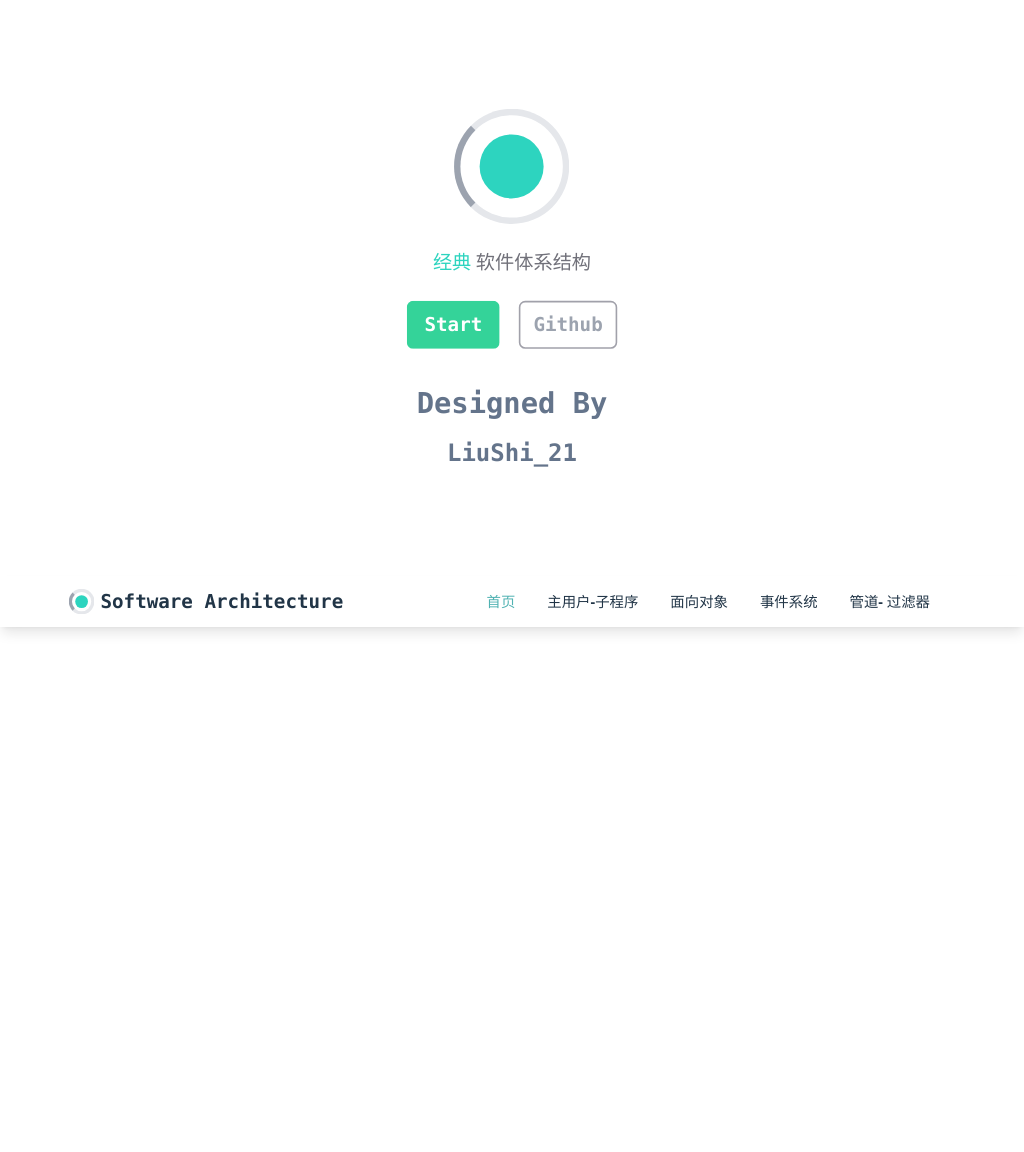
Repository: MarchRory/software_architecture_lab2
Page: / (app in lab2/)
The author's editor kept a copy of each file at every save. The page is drawn from the files as they stood at one save, then again after the next save.
The browser window is 1280 px wide. The pictures show the whole page, at 80% of full size.
The project was rebuilt for these pictures with package versions that can differ from the ones it lists, and the page was loaded fresh each time. Also part of the build but not shown: lab2/vite.config.ts. Imported but missing from the stored project, and not drawn on this page: lab2/src/views/OOP/index.vue, lab2/src/views/PipFilter/index.vue, lab2/src/views/eventsSys/index.vue, lab2/src/views/mainChild/index.vue.

Above is the page before, as saved 2023-11-17 22:15:28.

### lab2/index.html
<!Doctype html>
<html lang="en">
  <head>
    <meta charset="UTF-8" />
    <link rel="icon" type="image/svg+xml" href="/vite.svg" />
    <meta name="viewport" content="width=device-width, initial-scale=1.0" />
    <title>经典软件体系结构</title>
  </head>
  <body>
    <div id="app"></div>
    <script type="module" src="/src/main.ts"></script>
  </body>
</html>

### lab2/src/main.ts
import { createApp } from 'vue'
import './style.css'
import './style/index.css'
import hljs from 'highlight.js/lib/core'
import 'highlight.js/styles/androidstudio.css'
import java from 'highlight.js/lib/languages/java'
import router from '@/router/index'
import pinia from '@/store/index'
import App from './App.vue'
import "tailwindcss/tailwind.css"
const vueApp = createApp(App)
hljs.registerLanguage('java', java)
// 高亮指令
vueApp.directive('highlight', (el) => {
    const blocks = el.querySelectorAll('pre code')
    blocks.forEach((block: any) => {
        hljs.highlightElement(block)
    })
})
vueApp.use(router).use(pinia).mount('#app')

### lab2/src/style.css
:root {
  font-family: Inter, system-ui, Avenir, Helvetica, Arial, sans-serif;
  line-height: 1.5;
  font-weight: 400;

  color-scheme: light dark;
  color: rgba(255, 255, 255, 0.87);
  background-color: #242424;

  font-synthesis: none;
  text-rendering: optimizeLegibility;
  -webkit-font-smoothing: antialiased;
  -moz-osx-font-smoothing: grayscale;
  -webkit-text-size-adjust: 100%;
}

a {
  font-weight: 500;
  color: #646cff;
  text-decoration: inherit;
}
a:hover {
  color: #535bf2;
}

body {
  margin: 0;
  display: flex;
  place-items: center;
  min-width: 320px;
  min-height: 100vh;
}

@media (prefers-color-scheme: light) {
  :root {
    color: #213547;
    background-color: #ffffff;
  }
  a:hover {
    color: #747bff;
  }
  button {
    background-color: #f9f9f9;
  }
}

### lab2/src/router/index.ts
import { createRouter, createWebHashHistory, RouteRecordRaw } from "vue-router";
export const routes: Array<RouteRecordRaw> = [
    {
        path: '/',
        name: 'hello',
        meta: {
            tabName: '主页'
        },
        component: () => import('@/layout/index.vue'),
        redirect: '/home',
        children: [
            {
                path: '/home',
                name: 'home',
                component: () => import('@/views/hello/index.vue'),
                meta: {
                    title: '首页'
                }
            }, {
                path: '/mainChild',
                name: 'mainChild',
                component: () => import('@/views/mainChild/index.vue'),
                meta: {
                    title: '主用户-子程序'
                }
            }, {
                path: '/OOP',
                name: "OOP",
                component: () => import('@/views/OOP/index.vue'),
                meta: {
                    title: '面向对象'
                }
            }, {
                path: '/eventSys',
                name: "eventSys",
                component: () => import("@/views/eventsSys/index.vue"),
                meta: {
                    title: '事件系统'
                }
            }, {
                path: '/pipFilter',
                name: "pipFilter",
                component: () => import('@/views/PipFilter/index.vue'),
                meta: {
                    title: "管道- 过滤器"
                }
            }
        ]
    },
]

const router = createRouter({
    history: createWebHashHistory(),
    routes
})

export default router

### lab2/src/store/index.ts
import { createPinia } from 'pinia';

const stores = createPinia();

export default stores;

### lab2/src/App.vue
<script setup lang="ts">
	import { defineAsyncComponent, ref } from 'vue';
	import { useRouter } from 'vue-router';
	const router = useRouter();
	const FELoad = ref(true);
	const FELoading = defineAsyncComponent(() => import('@/components/FELoading/index.vue'));
</script>

<template>
	<div id="app">
		<FELoading v-if="FELoad" />
		<router-view style="z-index: 999"></router-view>
	</div>
</template>

<style>
	#app {
		width: 100vw;
		height: 100vh;
	}
	::-webkit-scrollbar {
		width: 8px;
	}
	::-webkit-scrollbar-thumb {
		background-color: rgb(69, 199, 202);
		border-radius: 15px;
	}
	::-moz-scrollbar {
		width: 8px;
	}
	::-moz-scrollbar-thumb {
		background-color: rgb(69, 199, 202);
	}
</style>

### lab2/src/layout/index.vue
<script setup lang="ts">
	import { defineAsyncComponent } from 'vue';
	const Navbar = defineAsyncComponent(() => import('./navbar.vue'));
	const APPMain = defineAsyncComponent(() => import('./Main.vue'));
</script>

<template>
	<div class="flex flex-col items-center w-full h-full">
		<Navbar />
		<APPMain class="flex-1" />
	</div>
</template>

### lab2/src/views/hello/index.vue
<script setup lang="ts">
	import { useRouter } from 'vue-router';
	const router = useRouter();
	function enterPage() {
		router.push({
			path: '/mainChild',
		});
	}
</script>

<template>
	<div
		style="position: absolute; left: 50%; top: 50%; transform: translate(-50%, -50%)"
		class="flex flex-col items-center justify-around h-fit"
	>
		<div
			class="flex items-center justify-center mb-8 border-8 rounded-full w-36 h-36 border-l-gray-400"
		>
			<div class="w-20 h-20 bg-teal-400 rounded-full"></div>
		</div>
		<div class="mb-8 space-x-2 text-2xl font-bold text-zinc-500">
			<span class="text-teal-400">经典</span>
			软件体系结构
		</div>
		<div class="flex items-center justify-between" style="width: 110%">
			<div
				@click="enterPage"
				class="flex items-center justify-center px-5 py-3 font-mono text-2xl font-bold text-white border-2 border-transparent rounded-lg hover:cursor-pointer bg-emerald-400"
			>
				Start
			</div>
			<a
				href="https://github.com/MarchRory"
				target="_blank"
				class="flex items-center justify-center px-4 py-3 font-mono text-2xl font-bold text-gray-400 border-2 rounded-lg hover:cursor-pointer border-zinc-400 hover:text-gray-400"
			>
				Github
			</a>
		</div>

		<div class="flex flex-col justify-center mt-12 font-mono font-bold w-fit text-slate-500">
			<div class="text-4xl">Designed By</div>
			<br />
			<div style="margin: 0 auto" class="text-3xl">LiuShi_21</div>
		</div>
	</div>
</template>

<style scoped></style>

### lab2/src/components/FELoading/index.vue
<script setup lang="ts"></script>

<template>
	<div class="FE"></div>
</template>

<style scoped>
	.FE {
		@apply w-full h-full;
	}
</style>

### lab2/src/layout/navbar.vue
<script setup lang="ts">
	import { useRouter, useRoute, RouteRecordRaw } from 'vue-router';
	import { routes } from '@/router';
	import { ref } from 'vue';
	const router = useRouter();
	const route = useRoute();
	const Navlist = ref();
	function initNav() {
		Navlist.value = routes[0].children?.map((route: RouteRecordRaw) => {
			return {
				path: route.path,
				title: route?.meta.title,
			};
		});
	}
	initNav();
	function switchTab(path: string) {
		router.push({
			path: path,
		});
	}
</script>

<template>
	<div class="flex items-center justify-around w-full h-16 shadow-lg">
		<ul class="flex items-center justify-start list-none">
			<li class="flex items-center justify-center w-8 h-8 border-4 rounded-full border-l-gray-400">
				<div class="w-4 h-4 bg-teal-400 rounded-full"></div>
			</li>
			<li class="font-mono text-2xl navFont">Software Architecture</li>
		</ul>
		<ul class="flex min-w-fit">
			<li
				@click="switchTab(navItem.path)"
				class="mr-8 font-sans text-lg transition-all navFont hover:cursor-pointer"
				:class="[route.path == navItem.path ? 'active' : '']"
				v-for="(navItem, index) in Navlist"
				:key="index"
			>
				{{ navItem.title }}
			</li>
		</ul>
	</div>
</template>

<style scoped>
	.navFont {
		@apply ml-2 font-bold;
	}
	.active {
		color: rgb(80, 178, 178);
	}
	/* 	.active::before {
		display: block;
		content: '';
		position: absolute;
		width: 12px;
		height: 12px;
		border-radius: 50%;
		background-color: rgb(80, 178, 178);
		transform: translate(100%, 50%);
	} */
</style>

### lab2/src/layout/Main.vue
<script setup lang="ts">
	import { nextTick, ref, watch } from 'vue';
	import { useScrollStore } from '@/store/modules/scroll/index';
	import { useScroll } from '@/hooks/useScroll';
	import router from '@/router';
	const scrollStore = useScrollStore();
	scrollStore.init();
	const main = ref<HTMLDivElement>();
	const { pageScroll } = useScroll();
	router.beforeEach((to, from, next) => {
		pageScroll.value = 0;
		if (main.value) {
			scrollStore.update(from.fullPath, main.value.scrollTop);
			next();
		}
	});
	router.afterEach((to, from) => {
		nextTick(() => {
			if (main.value) {
				main.value.scrollTop = scrollStore.useScroll(to.fullPath) as number;
			}
		});
	});
	watch(
		() => pageScroll.value,
		(newV) => {
			let scrollTopTo = newV;
			if (main.value)
				main.value.scrollTo({ top: scrollTopTo > 0 ? scrollTopTo : 0, behavior: 'smooth' });
		},
	);
</script>

<template>
	<div class="w-full h-auto px-56 pt-4 overflow-auto" ref="main">
		<router-view v-slot="{ Component }">
			<keep-alive>
				<component :is="Component" />
			</keep-alive>
		</router-view>
	</div>
</template>

### lab2/src/store/modules/scroll/index.ts
import { defineStore } from "pinia";
import { routes } from "@/router";
import { RouteRecordRaw } from "vue-router";
interface ScrollType {
    scrollMap: Map<string, number>
}
export const useScrollStore = defineStore('useScrollStore', {
    state: (): ScrollType => {
        return {
            scrollMap: new Map()
        }
    },
    actions: {
        init(): void {
            const paths = routes[0].children?.map((route: RouteRecordRaw) => {
                return {
                    path: route.path,
                };
            });
            paths?.forEach((item, index) => {
                this.scrollMap.set(item.path, 0)
            })
        },
        update(routePath: string, scrollTop: number): void {
            this.scrollMap.set(routePath, scrollTop)
        },
        useScroll(routePath: string): number | undefined {
            return this.scrollMap.get(routePath)
        }
    }
})

### lab2/src/hooks/useScroll.ts

import { ComponentInternalInstance, getCurrentInstance, ref } from 'vue'
const pageScroll = ref(0)
export const useScroll = () => {
    return {
        pageScroll
    }
}

Loaded but not shown: lab2/src/style/index.css (common file); lab2/tailwind.config.js (common file)

After the next save:
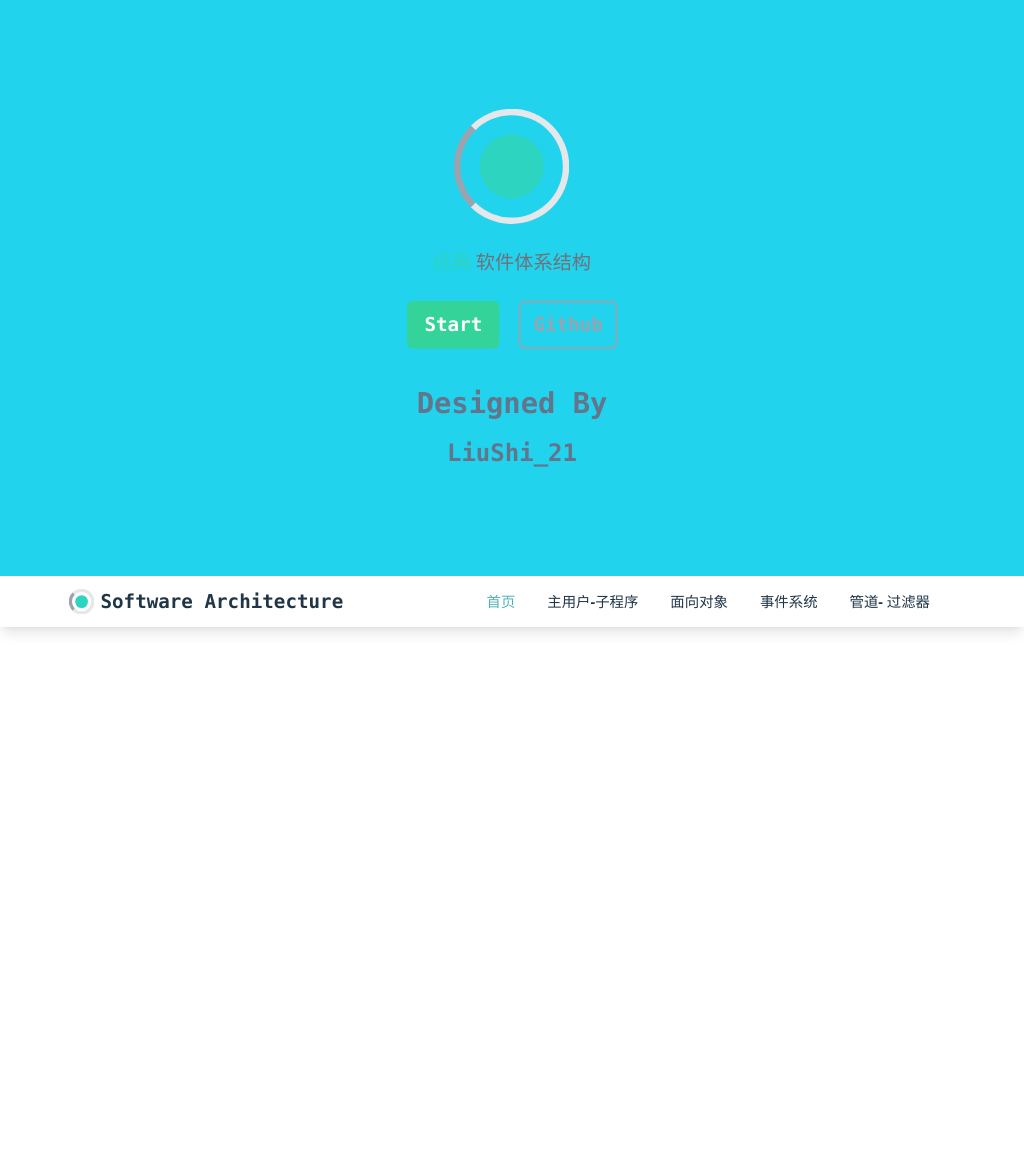
Saved 7 s later.
--- a/lab2/src/components/FELoading/index.vue
+++ b/lab2/src/components/FELoading/index.vue
@@ -6,6 +6,6 @@
 
 <style scoped>
 	.FE {
-		@apply w-full h-full;
+		@apply w-full h-full bg-cyan-400;
 	}
 </style>
